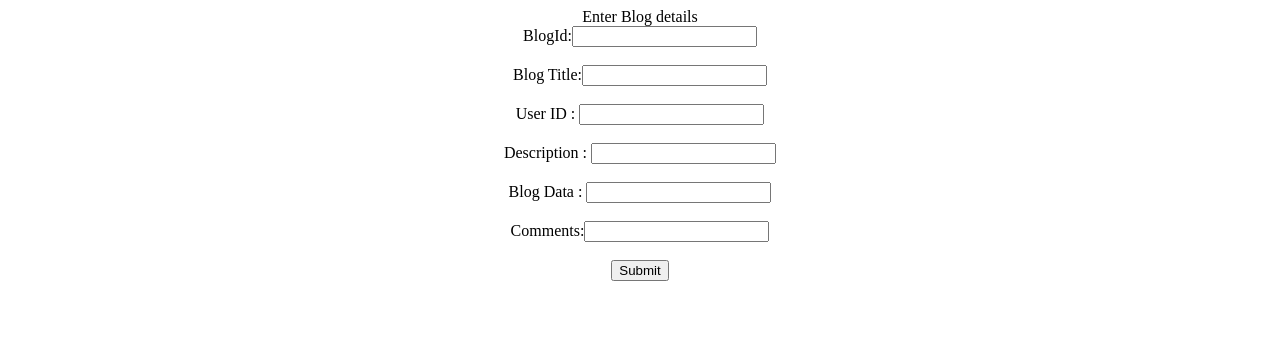
Repository: santosh345/Collabortion
Page: CollaborationFrontEnd/WebContent/c_blog/CreateBlog.html
The author's editor kept a copy of each file at every save. The page is drawn from the files as they stood at one save, then again after the next save.
The browser window is 1280 px wide. The pictures show the whole page.

Above is the page before, as saved 2017-05-27 10:06:14.

### CollaborationFrontEnd/WebContent/c_blog/CreateBlog.html
<div ng-controller="BlogController as ctrl">
<center>Enter Blog details</center>
<center>
<form ng-submit="ctrl.Submit()" class="form-horizontal">
BlogId:<input type="text" ng-model="ctrl.blog.blogId"><br><br>

Blog Title:<input type="text" ng-model="ctrl.blog.blogtitle"/><br><br>

User ID : <input type="text" ng-model="ctrl.blog.blogUser_Id"/><br><br>

Description : <input type="text" ng-model="ctrl.blog.blogDescription"/><br><br>

Blog Data : <input type="text" ng-model="ctrl.blog.blogData"/><br><br>

Comments:<input type="text" ng-model="ctrl.blogcomments"/><br></br>

<button type="button" ng-click="ctrl.Submit()">Submit</button>

</form>

</center>

</div>

After the next save:
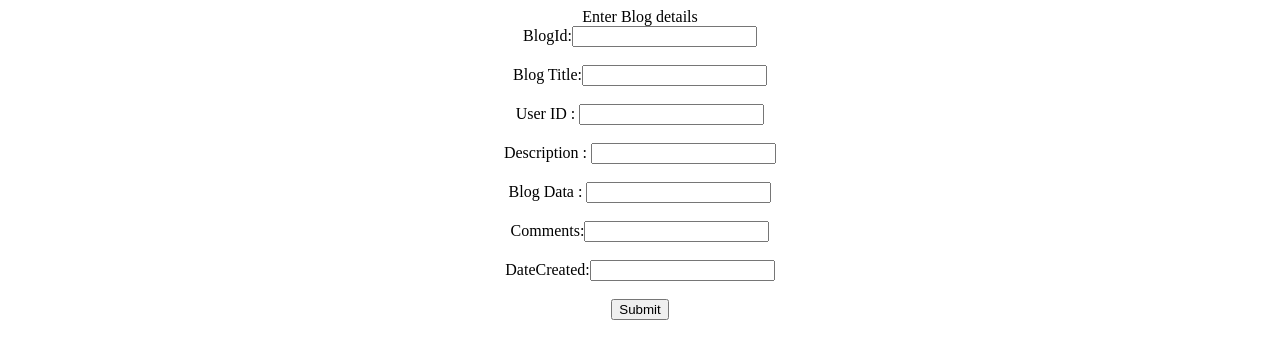
Saved 49 s later.
--- a/CollaborationFrontEnd/WebContent/c_blog/CreateBlog.html
+++ b/CollaborationFrontEnd/WebContent/c_blog/CreateBlog.html
@@ -14,6 +14,9 @@ Blog Data : <input type="text" ng-model="ctrl.blog.blogData"/><br><br>
 
 Comments:<input type="text" ng-model="ctrl.blogcomments"/><br></br>
 
+DateCreated:<input type="text" ng-model="ctrl.blogdatecreated"/><br></br>
+
+
 <button type="button" ng-click="ctrl.Submit()">Submit</button>
 
 </form>
